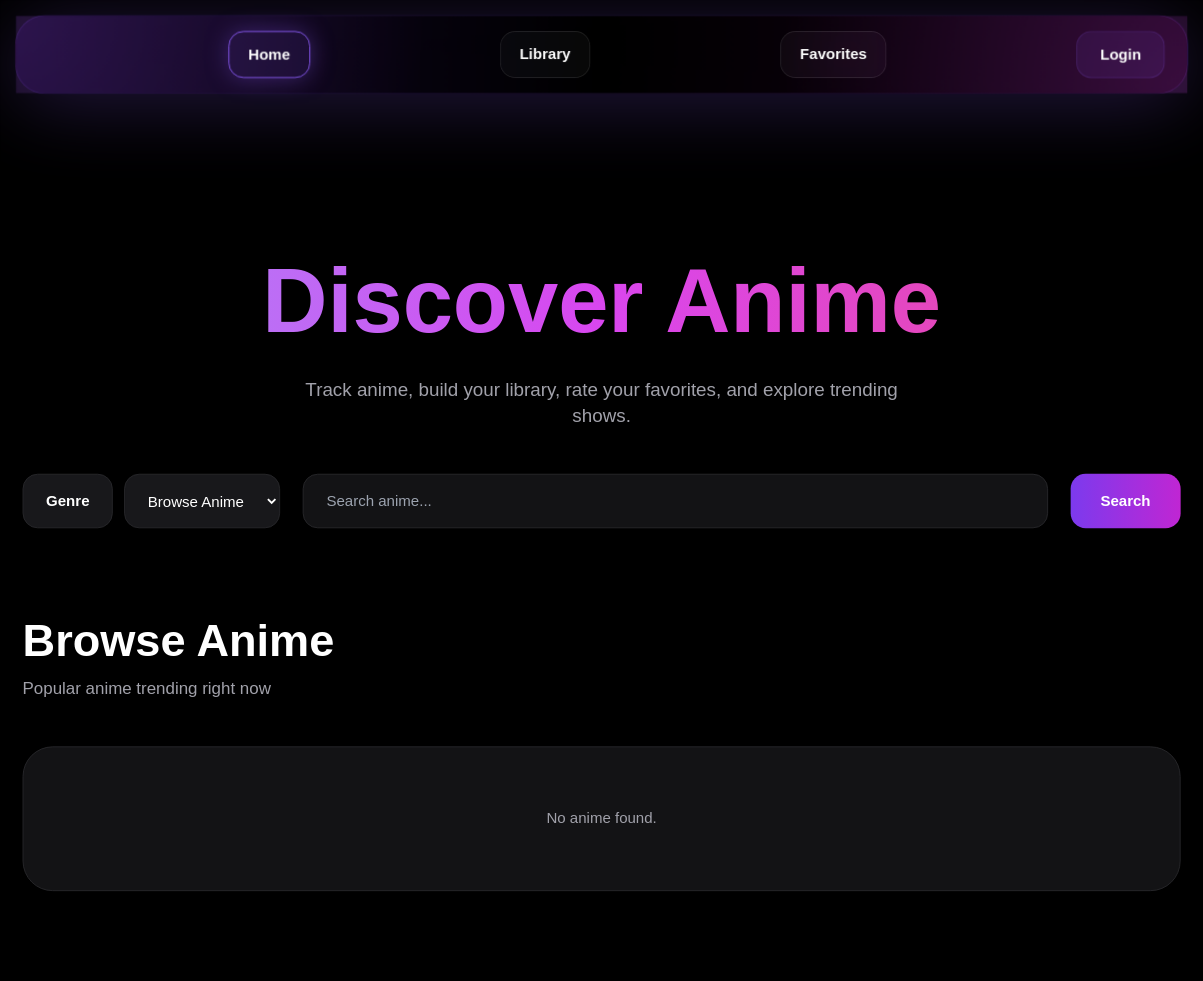
Repository: Maykal-Projects/Otakuflow
Page: /
An editor plug-in stored every save of this project. The page is shown before and after a run of saves, followed by the edit.
The browser window is 1280 px wide. The pictures show the whole page, at 94% of full size.
The page's requests for data from a server got no answer. The project was rebuilt for these pictures with package versions that can differ from the ones it lists, and the page was loaded fresh each time. The framework's server and built-in components were replaced by stand-ins that run in the browser. No one was signed in, and anything a server would have sent is missing. Also part of the build but not shown: next.config.ts, components/AnimeCard.tsx.

Above is the page before, as saved 2026-05-30 17:12:05.

### app/layout.tsx
import "./globals.css";

import type { Metadata } from "next";

import { Toaster } from "react-hot-toast";

export const metadata = {

  title: "Otakuflorist",

  applicationName:
    "Otakuflorist",

  description:
    "Track anime, build your library and discover trending shows.",

};

export const viewport = {
  themeColor: "#07010f",
  colorScheme: "dark",
  viewportFit: "cover",
};

export default function RootLayout({
  children,
}: Readonly<{
  children: React.ReactNode;
}>) {
  return (
    <html
  lang="en"
  suppressHydrationWarning
>
      <body className="bg-[#07010f]">
        {children}

        <Toaster
  position="top-center"
  toastOptions={{
    duration: 2500,

    style: {
      background:
        "rgba(15,15,20,0.95)",

      color: "#fff",

      border:
        "1px solid rgba(255,255,255,0.08)",

      borderRadius:
        "22px",

      padding:
        "18px 22px",

      backdropFilter:
        "blur(18px)",

      fontWeight:
        "800",

      boxShadow:
        "0 10px 60px rgba(0,0,0,0.5)",
    },

    success: {
      iconTheme: {
        primary:
          "#a855f7",
        secondary:
          "#fff",
      },
    },
  }}
/>
      </body>
    </html>
  );
}

### app/globals.css
@tailwind base;
@tailwind components;
@tailwind utilities;

html,
body {
  background: #07010f !important;
  color: white;
  font-family: Arial, Helvetica, sans-serif;
  min-height: 100%;
  width: 100%;
  overflow-x: hidden;
  overflow-y: auto;
}

body {
  position: relative;
}

@keyframes spinSlow {
  from {
    transform: rotate(0deg);
  }

  to {
    transform: rotate(360deg);
  }
}

.animate-spin-slow {
  animation: spinSlow 8s linear infinite;
}

### components/Navbar.tsx
"use client";

import { Menu, X }
from "lucide-react";
import {
  usePathname,
} from "next/navigation";
import Link from "next/link";
import {
  useEffect,
  useState,
} from "react";

import { supabase } from "@/lib/supabase";

export default function Navbar() {
  const pathname =
    usePathname();

  const [user, setUser] =
    useState<any>(null);

const [mobileMenu, setMobileMenu] =
  useState(false);

  useEffect(() => {
    async function getUser() {
      const {
        data: { user },
      } =
        await supabase.auth.getUser();

      setUser(user);
    }

    getUser();
  }, []);

  async function logout() {
    await supabase.auth.signOut();

    window.location.href =
      "/login";
  }

  function navClass(
    path: string
  ) {
    const active =
      pathname === path;

    return `px-3 sm:px-5 py-2 sm:py-3 rounded-2xl transition font-semibold text-sm sm:text-base ${
      active
        ? "bg-violet-500/10 border border-violet-500 text-white shadow-[0_0_25px_rgba(139,92,246,0.35)]"
        : "bg-white/[0.03] border border-white/10 backdrop-blur-2xl"
    }`;
  }

  return (
  <div className="absolute top-0 left-0 w-full z-50 flex justify-center pt-4 px-4">
    <nav className="w-full max-w-[1700px] overflow-visible rounded-3xl sm:rounded-[32px] border border-violet-500/20 bg-gradient-to-r from-violet-950/40 via-black/30 to-fuchsia-950/30 backdrop-blur-3xl shadow-[0_10px_80px_rgba(139,92,246,0.25)] relative">

      {/* GLOW */}
      <div className="absolute inset-0 pointer-events-none bg-[radial-gradient(circle_at_top_left,rgba(168,85,247,0.18),transparent_35%),radial-gradient(circle_at_bottom_right,rgba(217,70,239,0.18),transparent_35%)]" />

    <div className="relative z-50 px-3 sm:px-6 py-3 sm:py-4 overflow-visible">

  {/* DESKTOP */}
  <div className="hidden sm:flex items-center justify-between gap-3">

{/* LEFT */}
<div className="flex items-center gap-3"></div>

      <Link
        href="/"
        className={navClass("/")}
      >
        Home
      </Link>

      <Link
        href="/library"
        className={navClass("/library")}
      >
        Library
      </Link>

      <Link
        href="/favorites"
        className={navClass("/favorites")}
      >
        Favorites
      </Link>

    {/* RIGHT */}
<div className="flex items-center gap-3">

      {user && (
        <Link
          href="/profile"
          className={`${navClass(
            "/profile"
          )} flex items-center gap-2`}
        >
          <img
            src={
              user.user_metadata
                ?.avatar_url ||
              "/default-avatar.png"
            }
            alt=""
            className="w-10 h-10 rounded-full object-cover border border-violet-500/20"
          />

          <span>
            Profile
          </span>
        </Link>
      )}

      {user && (
        <button
          onClick={logout}
          className="bg-red-500/10 hover:bg-red-500/20 border border-red-500/20 px-6 py-3 rounded-2xl font-semibold transition"
        >
          Logout
        </button>
      )}

      {!user && (
        <Link
          href="/login"
          className="bg-violet-500/10 hover:bg-violet-500/20 border border-violet-500/20 px-6 py-3 rounded-2xl font-semibold transition"
        >
          Login
        </Link>
      )}

    </div>
  </div>

  {/* MOBILE */}
  <div className="sm:hidden relative z-40">

    {/* TOP BAR */}
    <div className="flex items-center justify-between">

      <h1 className="text-lg font-bold bg-gradient-to-r from-violet-400 to-fuchsia-500 bg-clip-text text-transparent">
        Anime
      </h1>

      <button
  onClick={() =>
    setMobileMenu(
      !mobileMenu
    )
  }
  className="relative z-50 p-2 rounded-xl border border-white/10 bg-white/[0.03] active:scale-95 transition"
>
        {mobileMenu ? (
          <X size={22} />
        ) : (
          <Menu size={22} />
        )}
      </button>
    </div>

    {/* DROPDOWN */}
    {mobileMenu && (

  <div className="mt-4 p-3 rounded-3xl border border-white/10 bg-black/95 backdrop-blur-3xl shadow-[0_20px_80px_rgba(0,0,0,0.55)]">

    <div className="flex flex-col gap-3 animate-in fade-in slide-in-from-top-2 duration-300">

        <Link
          href="/"
          className={navClass("/")}
        >
          Home
        </Link>

        <Link
          href="/library"
          className={navClass("/library")}
        >
          Library
        </Link>

        <Link
          href="/favorites"
          className={navClass("/favorites")}
        >
          Favorites
        </Link>

        {user && (
          <Link
            href="/profile"
            className={`${navClass(
              "/profile"
            )} flex items-center gap-2`}
          >
            <img
              src={
                user.user_metadata
                  ?.avatar_url ||
                "/default-avatar.png"
              }
              alt=""
              className="w-10 h-10 rounded-full object-cover border border-violet-500/20"
            />

            <span>
              Profile
            </span>
          </Link>
        )}

        {user ? (
          <button
            onClick={logout}
            className="bg-red-500/10 hover:bg-red-500/20 border border-red-500/20 px-4 py-3 rounded-2xl font-semibold transition text-left"
          >
            Logout
          </button>
        ) : (
          <Link
            href="/login"
            className="bg-violet-500/10 hover:bg-violet-500/20 border border-violet-500/20 px-4 py-3 rounded-2xl font-semibold transition"
          >
            Login
          </Link>
        )}
        </div>

    </div>

)}
  </div>
</div>

    </nav>
  </div>
);
}

### lib/anilist.ts
export async function searchAnime(
  search: string,
  genre?: string
) {
  try {
    const response = await fetch(
      `https://api.jikan.moe/v4/anime?q=${search}`
    );

    const json =
      await response.json();

    let anime =
      json.data || [];

    if (genre) {
      anime = anime.filter(
        (item: any) =>
          item.genres?.some(
            (g: any) =>
              g.name === genre
          )
      );
    }

    return anime;
  } catch (error) {
    console.error(error);

    return [];
  }
}

export async function getAnimeFeed(
  sortType: string,
  genre?: string
) {
  try {
    let endpoint =
      "https://api.jikan.moe/v4/seasons/now";

    // TOP RATED
    if (
      sortType ===
      "SCORE_DESC"
    ) {
      endpoint =
        "https://api.jikan.moe/v4/top/anime";
    }

    const response = await fetch(
      endpoint
    );

    const json =
      await response.json();

    let anime =
      json.data || [];

    if (genre) {
      anime = anime.filter(
        (item: any) =>
          item.genres?.some(
            (g: any) =>
              g.name === genre
          )
      );
    }

    return anime;
  } catch (error) {
    console.error(error);

    return [];
  }
}

### lib/supabase.ts
import { createClient } from "@supabase/supabase-js";

const supabaseUrl =
  process.env.NEXT_PUBLIC_SUPABASE_URL || "";

const supabaseAnonKey =
  process.env.NEXT_PUBLIC_SUPABASE_ANON_KEY || "";

export const supabase = createClient(
  supabaseUrl,
  supabaseAnonKey
);

Loaded but not shown: tailwind.config.js (11 lines, source omitted); app/page.tsx (1062 lines, source omitted)

After the next 2 saves:
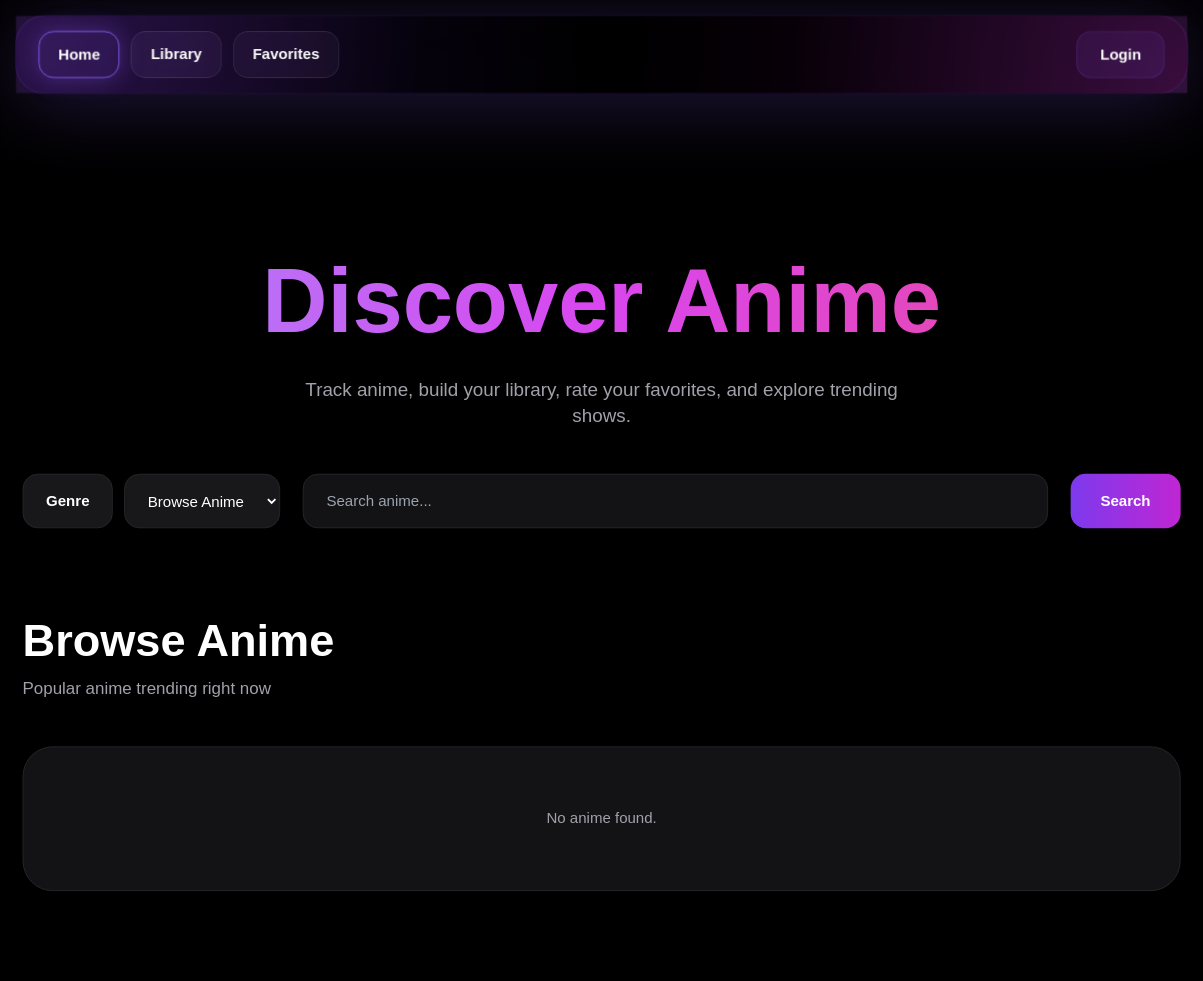
The 2 saves are shown as one change because 1 did not build or start.
The last was saved 28 s later.
--- a/components/Navbar.tsx
+++ b/components/Navbar.tsx
@@ -69,7 +69,7 @@ const [mobileMenu, setMobileMenu] =
   <div className="hidden sm:flex items-center justify-between gap-3">
 
 {/* LEFT */}
-<div className="flex items-center gap-3"></div>
+<div className="flex items-center gap-3">
 
       <Link
         href="/"
@@ -91,7 +91,7 @@ const [mobileMenu, setMobileMenu] =
       >
         Favorites
       </Link>
-
+      </div>
     {/* RIGHT */}
 <div className="flex items-center gap-3">
 
